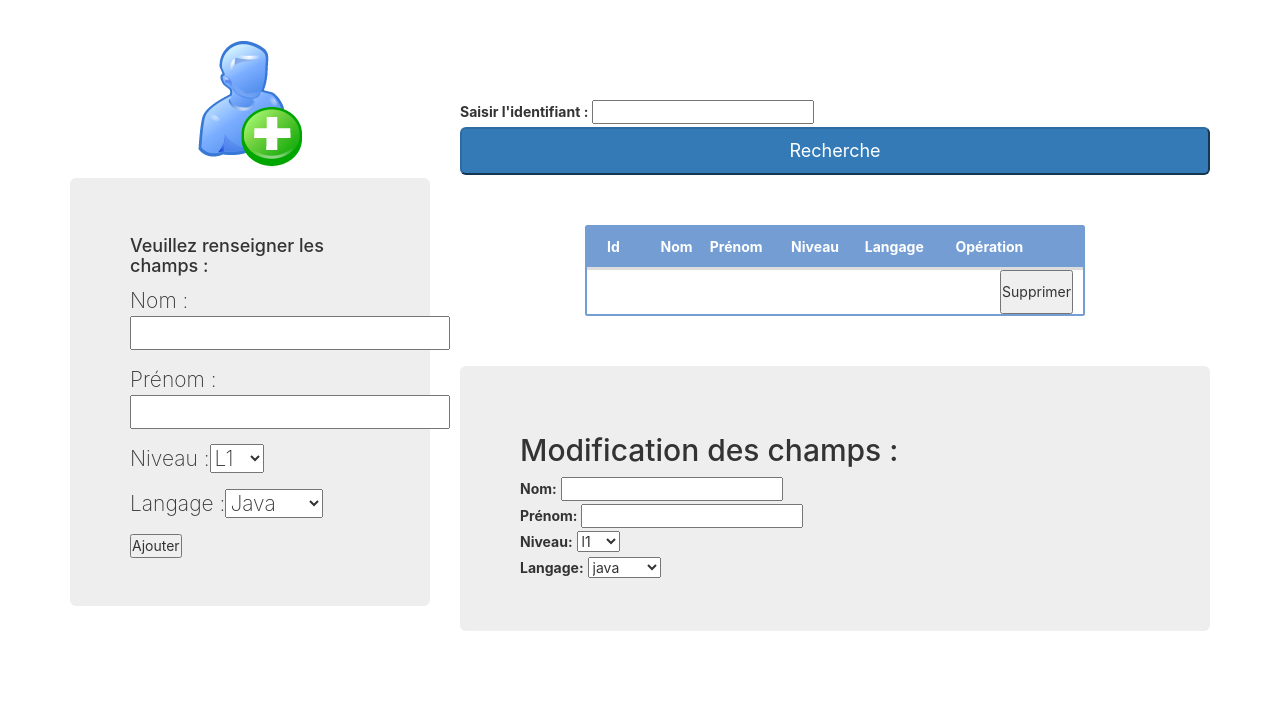
Repository: imouahrani/Gestion-des-stagiaires_JAVAEE
Page: http://localhost/Espace_Stagiaire/TraiteAjout
The author's editor kept a copy of each file at every save. The page is drawn from the files as they stood at one save, then again after the next save.
The browser window is 1280 px wide. The pictures show the whole page.
The page is served by Tomcat 9. Queries for data that is not in the repository find no rows.

Above is the page before, as saved 2018-07-26 14:03:37.

After the next save:
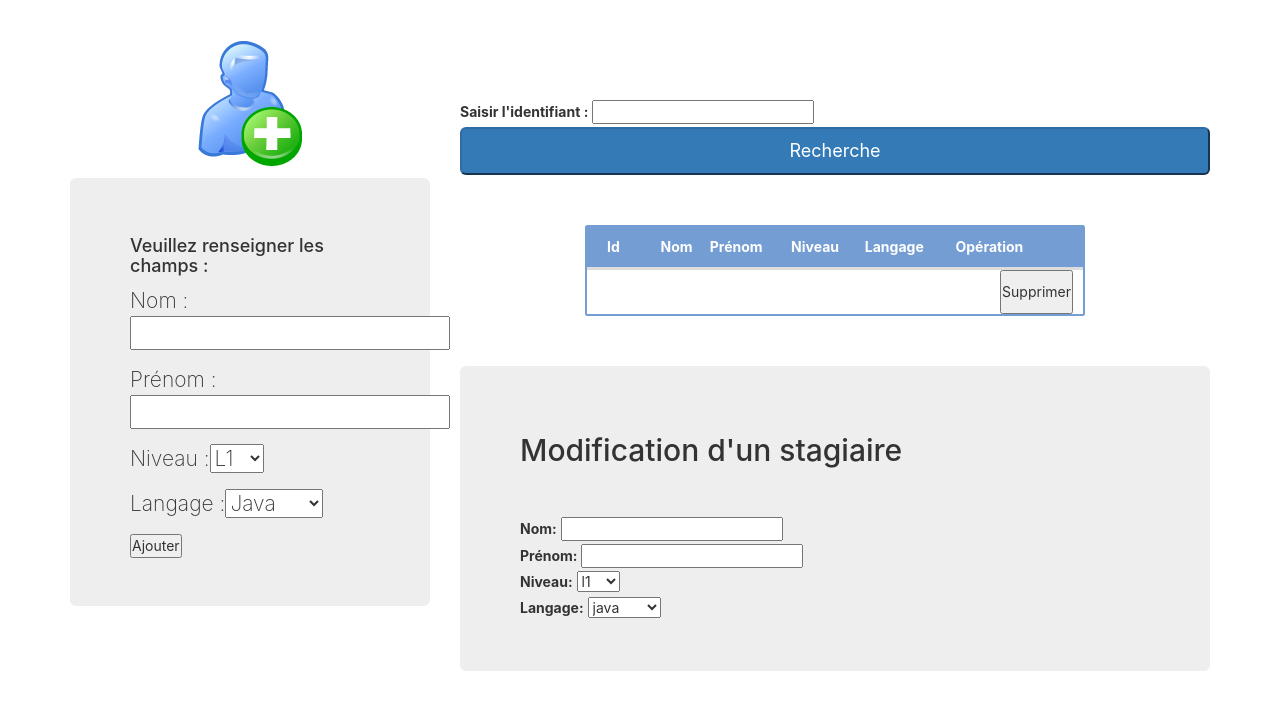
Saved 36 s later.
--- a/Formation Java Entreprise Edition/Espace Stagiaire/WebContent/AjoutStagiaire.jsp
+++ b/Formation Java Entreprise Edition/Espace Stagiaire/WebContent/AjoutStagiaire.jsp
@@ -112,7 +112,7 @@
 				</form>
 
 				<div class="jumbotron">
-					<h2>Modification des champs :</h2>
+					<h2>Modification d'un stagiaire </h2><br><br>
 					<form action="TraiteRecherche" method="post">
 
 
